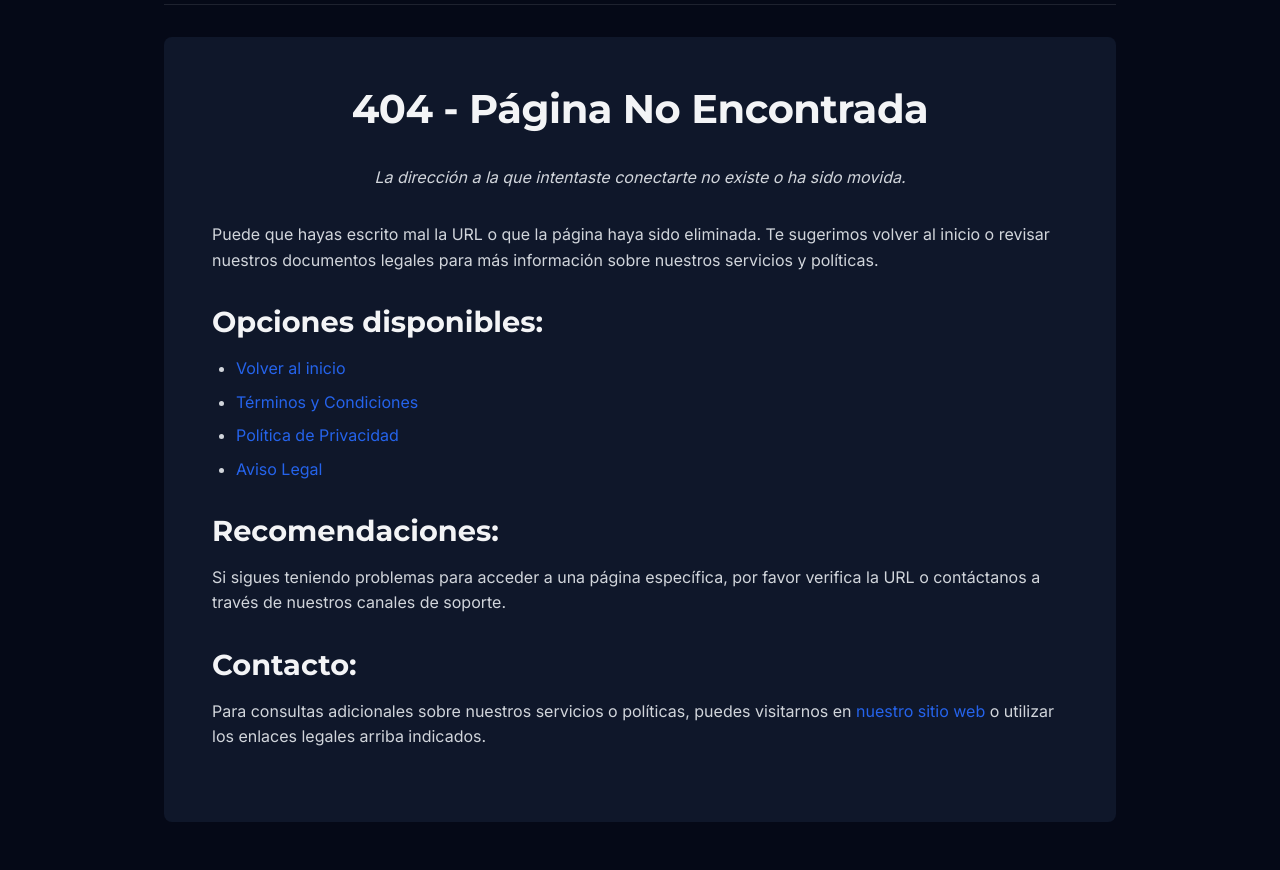
Repository: nu-dp/nu.dp-website
Page: 404.html
These files come from the project's save history. The page is drawn as it stood at one moment and after the next save; the edit follows.
The browser window is 1280 px wide. The pictures show the part of the page from y = 132 to 1002 px (the page is 1002 px tall).
A picture or video elsewhere on the page could not be fetched, so the positions and the page height are approximate.

Above is the page before, as saved 2025-08-23 20:32:55.
Console error: TypeError: Cannot set properties of null (setting 'textContent')

### 404.html
<!DOCTYPE html>
<html lang="es">
<head>
    <meta charset="UTF-8">
    <meta name="viewport" content="width=device-width, initial-scale=1.0">
    <title>Error - nu·dp</title>
    <meta name="description" content="Política de privacidad y protección de datos de nu·dp">
    <link rel="preconnect" href="https://fonts.googleapis.com"><link rel="preconnect" href="https://fonts.gstatic.com" crossorigin>
    <link href="https://fonts.googleapis.com/css2?family=Montserrat:wght@300;400;500;600;700;800&family=Inter:wght@300;400;500;600&display=swap" rel="stylesheet">
    <link rel="stylesheet" href="https://cdnjs.cloudflare.com/ajax/libs/font-awesome/6.4.0/css/all.min.css">
    <link rel="stylesheet" href="css/style.css">
    <link rel="icon" href="../img/logo.blanco.png" type="image/png">
    <style>
        :root { --bg-primary:#050917; --bg-secondary:#0f172a; --text-primary:#f3f4f6; --text-secondary:#d1d5db; --primary:#2563eb; --border-radius:8px; --transition:all .3s ease; }
        *{margin:0;padding:0;box-sizing:border-box}
        body{font-family:'Inter',sans-serif;background-color:var(--bg-primary);color:var(--text-primary);line-height:1.6;overflow-x:hidden;padding-top:2rem}
        .container{max-width:1000px;margin:0 auto;padding:0 1.5rem}
        .logo-container{margin-bottom:2rem;padding-bottom:1rem;border-bottom:1px solid rgba(255,255,255,.1)}
        .logo{font-family:'Montserrat',sans-serif;font-weight:800;font-size:1.8rem;color:var(--text-primary);display:inline-flex;align-items:center;text-decoration:none}
        .legal-content{background-color:var(--bg-secondary);border-radius:var(--border-radius);padding:3rem;margin-bottom:3rem}
        h1,h2,h3{font-family:'Montserrat',sans-serif;font-weight:700;margin-bottom:1rem;color:var(--text-primary)}
        h1{font-size:2.5rem;margin-bottom:2rem;text-align:center}
        h2{font-size:1.8rem;margin-top:2rem}
        h3{font-size:1.3rem;margin-top:1.5rem}
        p,ul,ol{margin-bottom:1.5rem;color:var(--text-secondary)}
        ul,ol{padding-left:1.5rem}
        li{margin-bottom:.5rem}
        .last-updated{text-align:center;color:var(--text-secondary);font-style:italic;margin-bottom:2rem}
        footer{background-color:var(--bg-secondary);padding:3rem 1.5rem 2rem;position:relative}
        .footer-content{display:grid;grid-template-columns:repeat(auto-fit,minmax(250px,1fr));gap:3rem;margin-bottom:3rem}
        .footer-logo{font-family:'Montserrat',sans-serif;font-weight:800;font-size:1.5rem;margin-bottom:1rem;color:var(--text-primary);display:flex;align-items:center}
        .footer-links h4{margin-bottom:1.5rem;font-size:1.2rem}
        .footer-links ul{list-style:none;padding-left:0}
        .footer-links li{margin-bottom:.75rem}
        .footer-links a{color:var(--text-secondary);text-decoration:none;transition:var(--transition)}
        .footer-links a:hover{color:var(--primary)}
        .footer-bottom{text-align:center;padding-top:2rem;border-top:1px solid rgba(255,255,255,.1);color:var(--text-secondary)}
        .back-to-top{position:fixed;bottom:2rem;right:2rem;width:50px;height:50px;background-color:var(--primary);color:#fff;border-radius:50%;display:flex;align-items:center;justify-content:center;cursor:pointer;transition:var(--transition);z-index:999;border:none;box-shadow:0 2px 10px rgba(0,0,0,.2)}
        .back-to-top:hover{background-color:#1e40af;width:150px;border-radius:25px}
        .back-to-top:hover::after{content:"Volver arriba";position:absolute;font-size:.9rem;margin-left:.5rem;white-space:nowrap;margin-right:.5rem}
        @media(max-width:768px){
            h1{font-size:2rem}h2{font-size:1.5rem}.legal-content{padding:2rem 1.5rem}.footer-content{grid-template-columns:1fr}
            .back-to-top:hover{width:50px}.back-to-top:hover::after{display:none}
        }
        .tag{display:inline-block;padding:.2rem .6rem;border:1px solid rgba(255,255,255,.15);border-radius:999px;font-size:.8rem;color:var(--text-secondary);margin-right:.4rem}
        .kbd{font-family:ui-monospace, SFMono-Regular, Menlo, monospace; background:rgba(255,255,255,.06); border:1px solid rgba(255,255,255,.12); padding:.05rem .35rem; border-radius:4px;}
    </style>
</head>
<body>
<div class="container">
    <div class="logo-container">
        <a href="index.html" class="logo" aria-label="Ir al inicio">
            <img src="https://i.imgur.com/ecRvkEC.png" alt="nu·dp logo" style="height:80px; width:auto;">
        </a>
    </div>

    <div class="legal-content" role="article">
    <h1>404 - Página No Encontrada</h1>
    <p class="last-updated">La dirección a la que intentaste conectarte no existe o ha sido movida.</p>

    <p>Puede que hayas escrito mal la URL o que la página haya sido eliminada. Te sugerimos volver al inicio o revisar nuestros documentos legales para más información sobre nuestros servicios y políticas.</p>

    <h2>Opciones disponibles:</h2>
    <ul>
        <li><a href="index.html" class="button">Volver al inicio</a></li>
        <li><a href="legal/terms-and-conditions.html" class="link">Términos y Condiciones</a></li>
        <li><a href="legal/privacy-policy.html" class="link">Política de Privacidad</a></li>
        <li><a href="legal/legal-notice.html" class="link">Aviso Legal</a></li>
    </ul>

    <h2>Recomendaciones:</h2>
    <p>Si sigues teniendo problemas para acceder a una página específica, por favor verifica la URL o contáctanos a través de nuestros canales de soporte.</p>

    <h2>Contacto:</h2>
    <p>Para consultas adicionales sobre nuestros servicios o políticas, puedes visitarnos en <a href="index.html" class="link">nuestro sitio web</a> o utilizar los enlaces legales arriba indicados.</p>
</div>

<script> document.getElementById('y').textContent = new Date().getFullYear(); </script>
</body>
</html>

Loaded but not shown: css/style.css (1357 lines, source omitted)

After the next save:
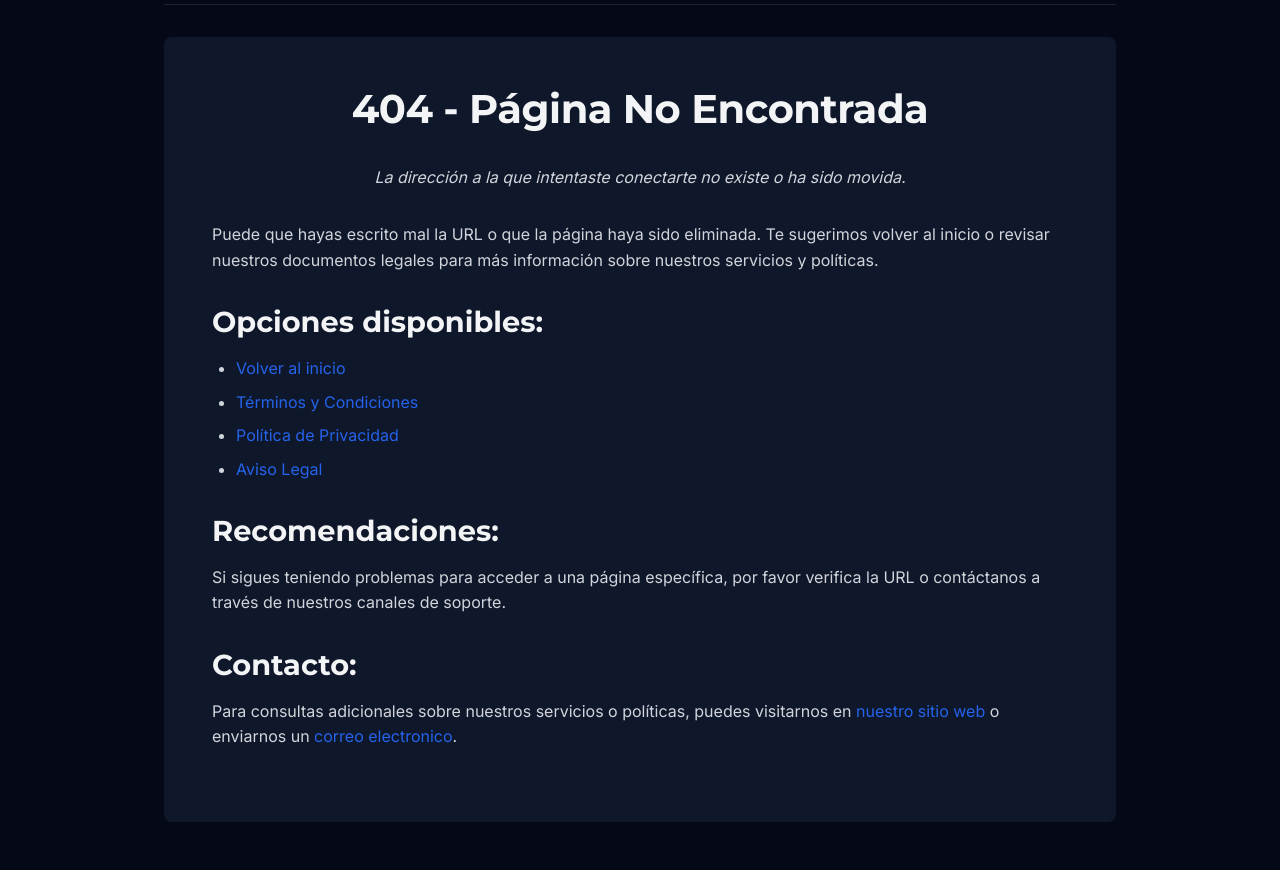
Saved 70 s later.
--- a/404.html
+++ b/404.html
@@ -72,7 +72,7 @@
     <p>Si sigues teniendo problemas para acceder a una página específica, por favor verifica la URL o contáctanos a través de nuestros canales de soporte.</p>
 
     <h2>Contacto:</h2>
-    <p>Para consultas adicionales sobre nuestros servicios o políticas, puedes visitarnos en <a href="index.html" class="link">nuestro sitio web</a> o utilizar los enlaces legales arriba indicados.</p>
+    <p>Para consultas adicionales sobre nuestros servicios o políticas, puedes visitarnos en <a href="index.html" class="link">nuestro sitio web</a> o enviarnos un <a href="mailto:nu.dp@pm.me" class="link"> correo electronico</a>.</p>
 </div>
 
 <script> document.getElementById('y').textContent = new Date().getFullYear(); </script>
